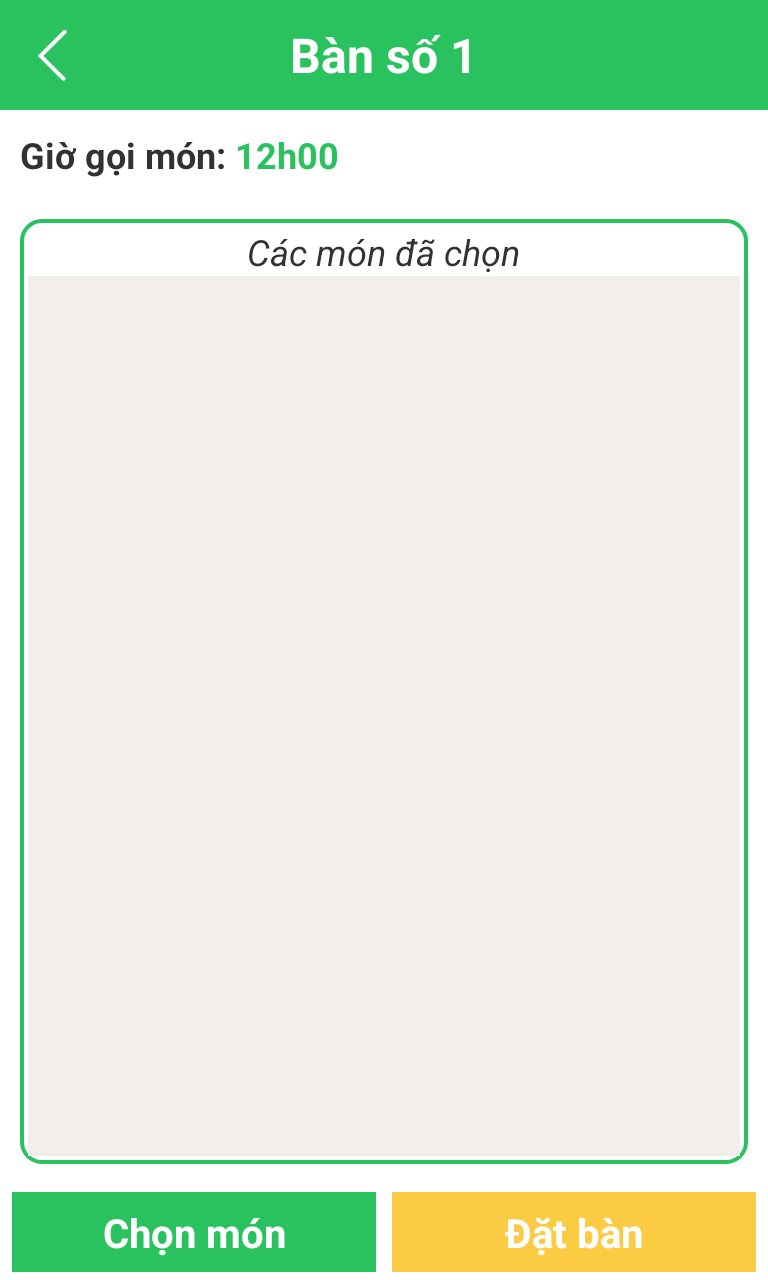
Repository: yenthanh132/Intelresment_AndroidClientApp
Layout: Intelresment/res/layout/activity_table.xml
The author's editor kept a copy of each file at every save. The layout is drawn from the files as they stood at one save, then again after the next save.
It is drawn on a 768 x 1280 px phone screen (xhdpi) without system bars, with theme android:Theme.Holo.Light.NoActionBar; the app's code is not run. Lists and similar views that code fills are empty.

Above is the layout before, as saved 2014-12-28 08:47:22.

### Intelresment/res/layout/activity_table.xml
<?xml version="1.0" encoding="utf-8"?>
<RelativeLayout xmlns:android="http://schemas.android.com/apk/res/android"
    android:layout_width="match_parent"
    android:layout_height="match_parent" >

    <RelativeLayout
        android:id="@+id/header"
        android:layout_width="match_parent"
        android:layout_height="wrap_content"
        android:background="#2AC25F"
        android:padding="10dp" >

        <ImageButton
            android:id="@+id/btnBack"
            android:layout_width="35dp"
            android:layout_height="35dp"
            android:background="@drawable/transparent_button"
            android:scaleType="fitXY"
            android:src="@drawable/back" />

        <TextView
            android:id="@+id/tvTableName"
            android:layout_width="wrap_content"
            android:layout_height="wrap_content"
            android:layout_centerInParent="true"
            android:text="Bàn số 1"
            android:textColor="#fff"
            android:textSize="24sp"
            android:textStyle="bold" />
    </RelativeLayout>

    <RelativeLayout
        android:id="@+id/panelDetail"
        android:layout_width="match_parent"
        android:layout_height="wrap_content"
        android:layout_above="@+id/panelButton"
        android:layout_below="@+id/header"
        android:padding="10dp" >

        <TextView
            android:id="@+id/tvLabel1"
            android:layout_width="wrap_content"
            android:layout_height="wrap_content"
            android:text="Giờ gọi món: "
            android:textSize="18sp"
            android:textStyle="bold" />

        <TextView
            android:id="@+id/tvOrderDate"
            android:layout_width="wrap_content"
            android:layout_height="wrap_content"
            android:layout_toRightOf="@+id/tvLabel1"
            android:text="12h00"
            android:textColor="#2AC25F"
            android:textSize="18sp"
            android:textStyle="bold" />

        <RelativeLayout
            android:id="@+id/panelOrderedFood"
            android:layout_width="match_parent"
            android:layout_height="wrap_content"
            android:layout_below="@+id/tvOrderDate"
            android:layout_marginTop="20dp"
            android:background="@drawable/oval_rectangle"
            android:padding="4dp" >

            <TextView
                android:id="@+id/tvLabel2"
                android:layout_width="wrap_content"
                android:layout_height="wrap_content"
                android:layout_centerHorizontal="true"
                android:text="Các món đã chọn"
                android:textSize="18sp"
                android:textStyle="italic" />

            <GridView
                android:id="@+id/gvOrderedFood"
                android:layout_width="match_parent"
                android:layout_height="match_parent"
                android:layout_below="@+id/tvLabel2"
                android:background="#F2EEE9" >
            </GridView>
        </RelativeLayout>
    </RelativeLayout>

    <LinearLayout
        android:id="@+id/panelButton"
        android:layout_width="match_parent"
        android:layout_height="wrap_content"
        android:layout_alignParentBottom="true"
        android:paddingLeft="2dp"
        android:paddingRight="2dp"
        android:weightSum="2" >

        <Button
            android:id="@+id/btnChooseFood"
            android:layout_width="match_parent"
            android:layout_height="wrap_content"
            android:layout_weight="1"
            android:background="@drawable/green_button"
            android:padding="10dp"
            android:text="Chọn món"
            android:textColor="#fff"
            android:textSize="20sp"
            android:textStyle="bold" />

        <Button
            android:id="@+id/btnOrder"
            android:layout_width="match_parent"
            android:layout_height="wrap_content"
            android:layout_weight="1"
            android:background="@drawable/orange_button"
            android:padding="10dp"
            android:text="Đặt bàn"
            android:textColor="#fff"
            android:textSize="20sp"
            android:textStyle="bold" />
    </LinearLayout>

</RelativeLayout>

### Intelresment/res/drawable/transparent_button.xml
<?xml version="1.0" encoding="utf-8"?>
<selector xmlns:android="http://schemas.android.com/apk/res/android">

    <item android:state_pressed="true"><shape>
            <solid android:color="#0E9174" />
        </shape></item>
    <item><shape>
            <solid android:color="#00000000" />
        </shape></item>

</selector>

### Intelresment/res/drawable/oval_rectangle.xml
<?xml version="1.0" encoding="utf-8"?>
<shape xmlns:android="http://schemas.android.com/apk/res/android" >

    <corners android:radius="10dp" />

    <stroke
        android:width="2dp"
        android:color="#2AC25F" />

</shape>

### Intelresment/res/drawable/green_button.xml
<?xml version="1.0" encoding="utf-8"?>
<selector xmlns:android="http://schemas.android.com/apk/res/android">

    <item android:state_pressed="true"><shape>
            <solid android:color="#BDC3C7" />

            <stroke android:width="4dp" android:color="#fff" />

            <padding android:bottom="10dp" android:left="10dp" android:right="10dp" android:top="10dp" />
        </shape></item>
    <item><shape>
            <solid android:color="#2AC25F" />

            <stroke android:width="4dp" android:color="#fff" />


        </shape></item>

</selector>

### Intelresment/res/drawable/orange_button.xml
<?xml version="1.0" encoding="utf-8"?>
<selector xmlns:android="http://schemas.android.com/apk/res/android">

    <item android:state_pressed="true"><shape>
            <solid android:color="#BDC3C7" />

            <stroke android:width="4dp" android:color="#fff" />

            <padding android:bottom="10dp" android:left="10dp" android:right="10dp" android:top="10dp" />
        </shape></item>
    <item><shape>
            <solid android:color="#FBCB43" />

            <stroke android:width="4dp" android:color="#fff" />


        </shape></item>

</selector>

After the next save:
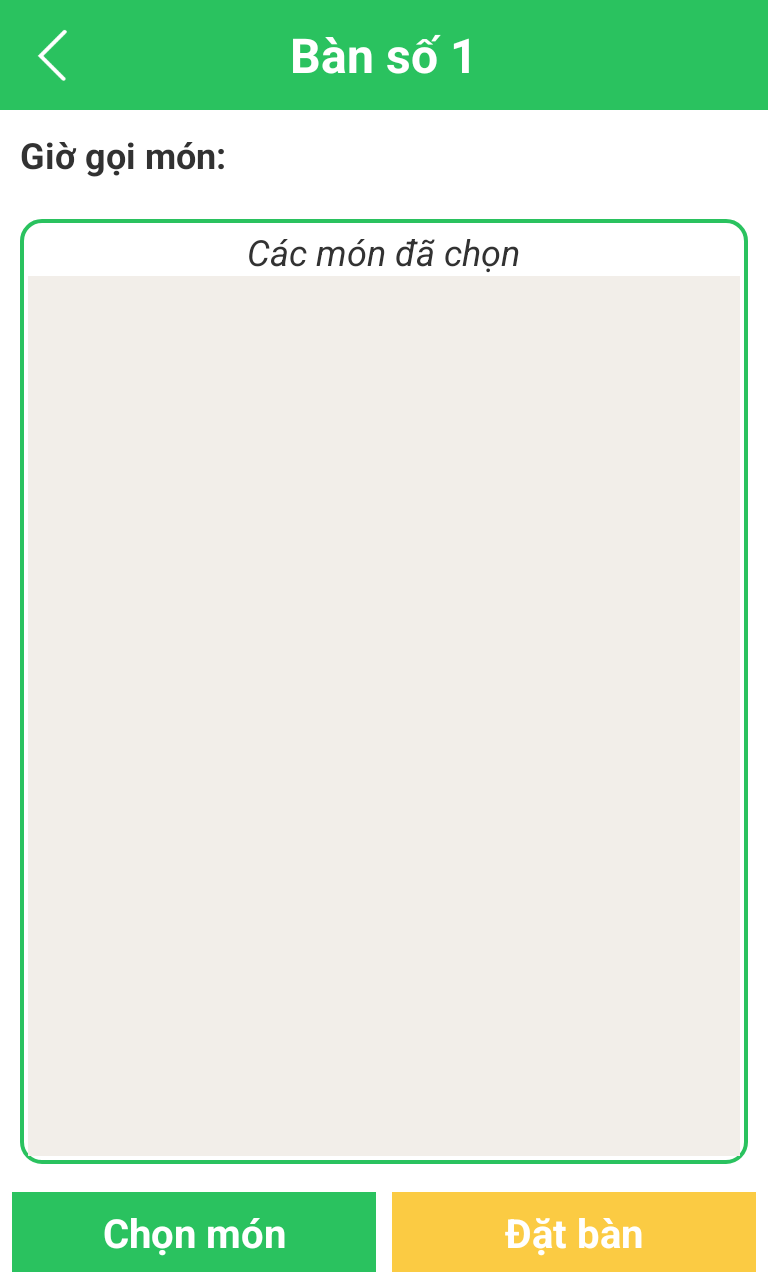
Saved 6 min 14 s later.
--- a/Intelresment/res/layout/activity_table.xml
+++ b/Intelresment/res/layout/activity_table.xml
@@ -50,7 +50,7 @@
             android:layout_width="wrap_content"
             android:layout_height="wrap_content"
             android:layout_toRightOf="@+id/tvLabel1"
-            android:text="12h00"
+            android:text=""
             android:textColor="#2AC25F"
             android:textSize="18sp"
             android:textStyle="bold" />
